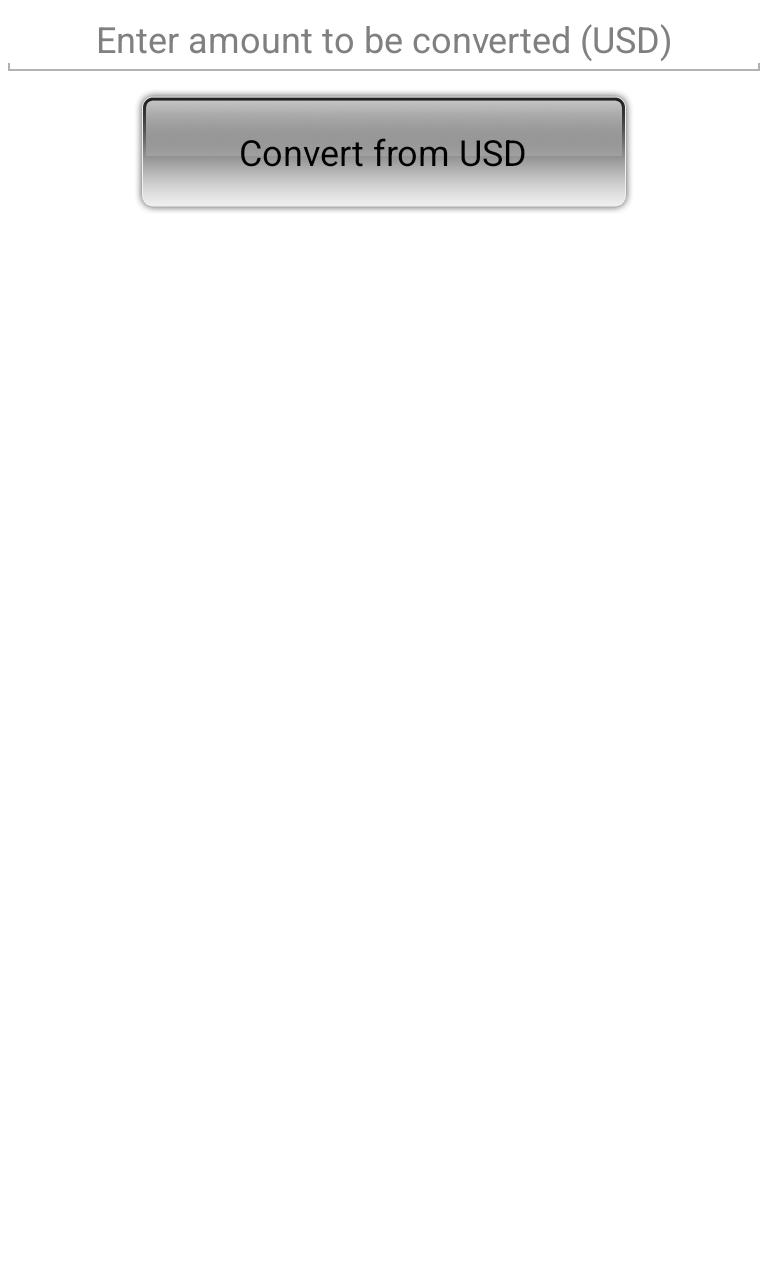
Repository: efreestone/MDF3_Freestone
Layout: AppLauncher/res/layout/activity_main.xml
An editor plug-in stored every save of this project. The layout is shown before and after the next save, followed by the edit.
It is drawn on a 768 x 1280 px phone screen (xhdpi) without system bars, with theme AppTheme; the app's code is not run.

Above is the layout before, as saved 2014-07-11 01:56:32.

### AppLauncher/res/layout/activity_main.xml
<?xml version="1.0" encoding="utf-8"?>
<LinearLayout xmlns:android="http://schemas.android.com/apk/res/android"
    android:id="@+id/parentView"
    android:layout_width="match_parent"
    android:layout_height="match_parent"
    android:orientation="vertical"
    >

    <EditText
        android:id="@+id/amountEntered"
        android:layout_width="match_parent"
        android:layout_height="wrap_content"
        android:gravity="center"
        android:inputType="numberDecimal"
        android:hint="@string/titleString" />

    <Button
        android:id="@+id/convertButton"
        android:layout_width="wrap_content"
        android:layout_height="wrap_content"
        android:layout_gravity="center"
        android:layout_margin="5dp"
        android:background="@drawable/button_background"
        android:clickable="true"
        android:text="@string/buttonString"
        android:width="250dp" />

</LinearLayout>

### AppLauncher/res/values/strings.xml
<?xml version="1.0" encoding="utf-8"?>
<resources>

    <string name="app_name">AppLauncher</string>
    <string name="hello_world">Hello world!</string>
    <string name="action_settings">Settings</string>

    <string name="titleString">Enter amount to be converted (USD)</string>
    <string name="buttonString">Convert from USD</string>

    <string name="noValueTitle">Error</string>
    <string name="noValueAlert">Please enter a value in USD and try again.</string>

</resources>

### AppLauncher/res/drawable-hdpi/button_background.xml
<?xml version="1.0" encoding="utf-8"?>
<selector xmlns:android="http://schemas.android.com/apk/res/android" >
    <!-- Button Image when pressed -->
    <item
        android:drawable="@drawable/gradient_pressed_9patch"
        android:state_pressed="true"/>

    <!-- Button Image -->
    <item
        android:drawable="@drawable/gradient_9patch"/>



</selector>

### AppLauncher/res/drawable-ldpi/button_background.xml
<?xml version="1.0" encoding="utf-8"?>
<selector xmlns:android="http://schemas.android.com/apk/res/android" >
    <!-- Button Image when pressed -->
    <item
        android:drawable="@drawable/gradient_pressed_9patch"
        android:state_pressed="true"/>

    <!-- Button Image -->
    <item
        android:drawable="@drawable/gradient_9patch"/>



</selector>

### AppLauncher/res/drawable-mdpi/button_background.xml
<?xml version="1.0" encoding="utf-8"?>
<selector xmlns:android="http://schemas.android.com/apk/res/android" >
    <!-- Button Image when pressed -->
    <item
        android:drawable="@drawable/gradient_pressed_9patch"
        android:state_pressed="true"/>

    <!-- Button Image -->
    <item
        android:drawable="@drawable/gradient_9patch"/>



</selector>

### AppLauncher/res/drawable-xhdpi/button_background.xml
<?xml version="1.0" encoding="utf-8"?>
<selector xmlns:android="http://schemas.android.com/apk/res/android" >
    <!-- Button Image when pressed -->
    <item
        android:drawable="@drawable/gradient_pressed_9patch"
        android:state_pressed="true"/>

    <!-- Button Image -->
    <item
        android:drawable="@drawable/gradient_9patch"/>



</selector>

### AppLauncher/res/drawable-xxhdpi/button_background.xml
<?xml version="1.0" encoding="utf-8"?>
<selector xmlns:android="http://schemas.android.com/apk/res/android" >
    <!-- Button Image when pressed -->
    <item
        android:drawable="@drawable/gradient_pressed_9patch"
        android:state_pressed="true"/>

    <!-- Button Image -->
    <item
        android:drawable="@drawable/gradient_9patch"/>



</selector>

Loaded but not shown: AppLauncher/res/values/styles.xml (common file); AppLauncher/res/values-v11/styles.xml (common file); AppLauncher/res/values-v14/styles.xml (common file)

After the next save:
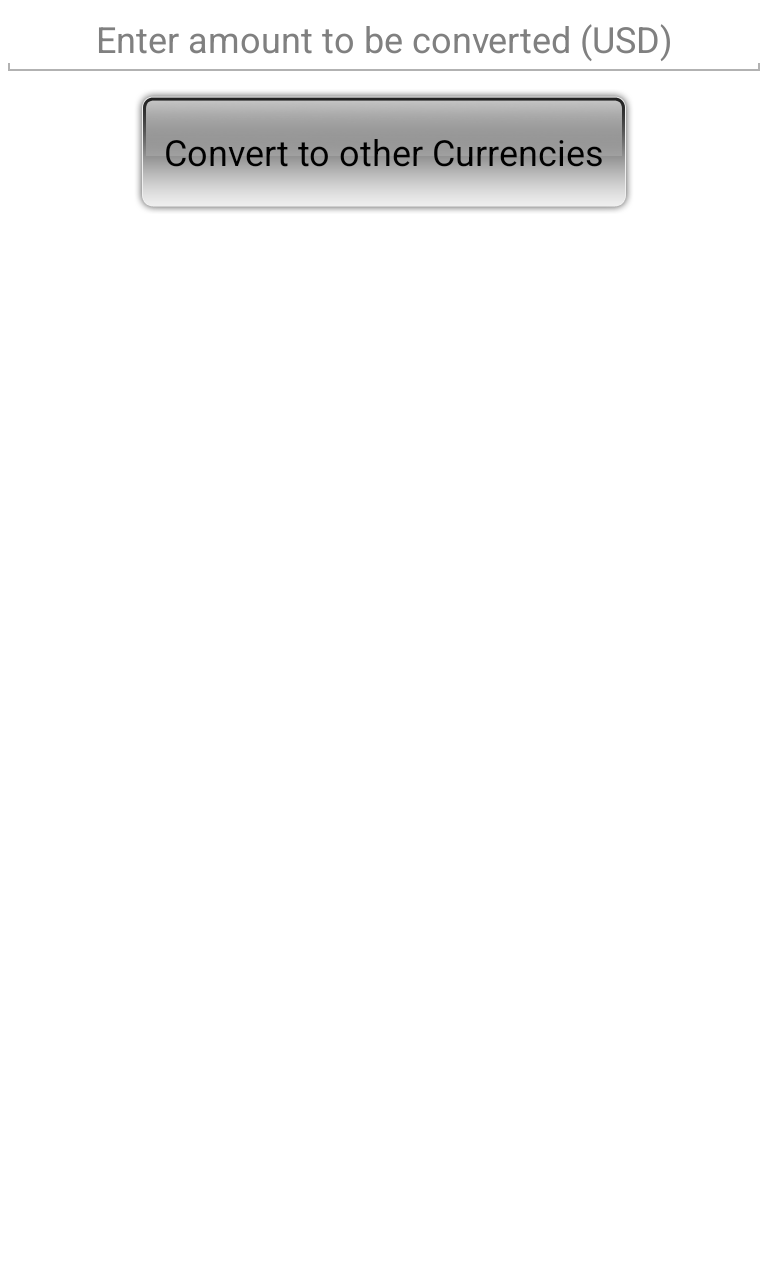
Saved 62 s later.
--- a/AppLauncher/res/values/strings.xml
+++ b/AppLauncher/res/values/strings.xml
@@ -6,7 +6,7 @@
     <string name="action_settings">Settings</string>
 
     <string name="titleString">Enter amount to be converted (USD)</string>
-    <string name="buttonString">Convert from USD</string>
+    <string name="buttonString">Convert to other Currencies</string>
 
     <string name="noValueTitle">Error</string>
     <string name="noValueAlert">Please enter a value in USD and try again.</string>
